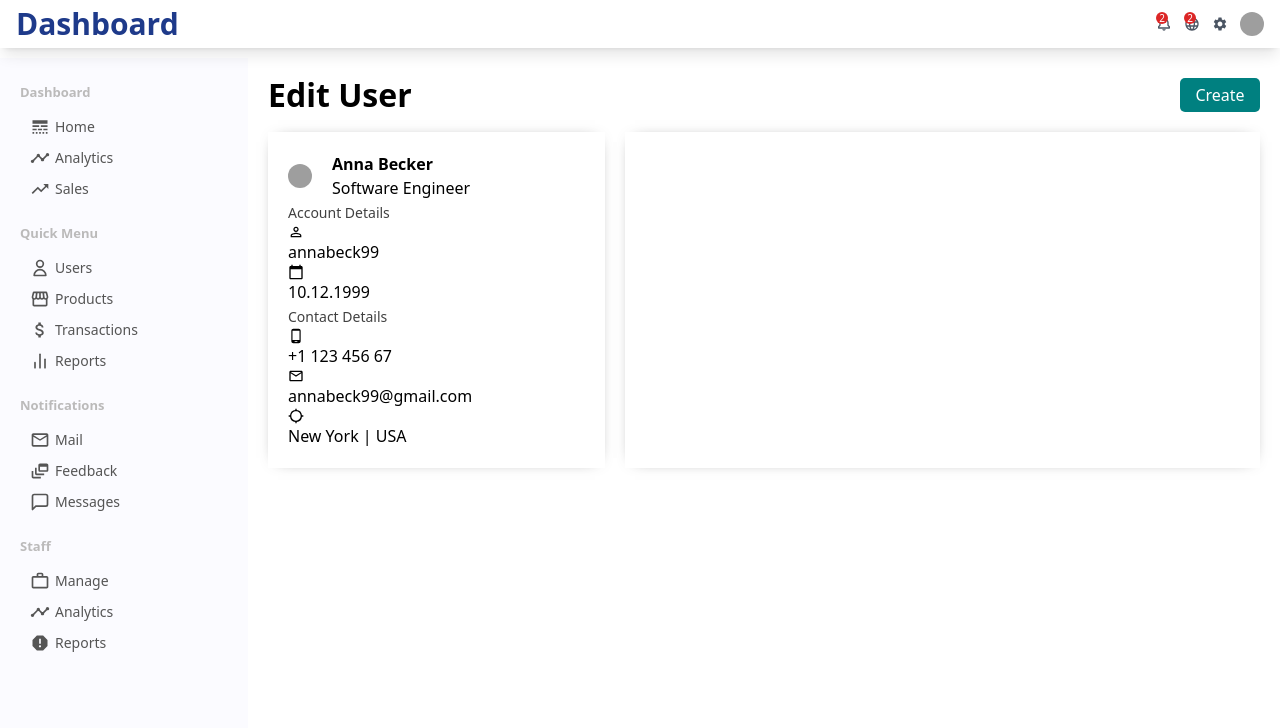
Repository: nation430/React-AdminDashboard
Page: /user/1
These files come from the project's save history. The page is drawn as it stood at one moment and after the next save; the edit follows.
The browser window is 1280 px wide. The pictures show the whole page.
Pictures or frames that could not be fetched are drawn as grey boxes. The project was rebuilt for these pictures with package versions that can differ from the ones it lists, and the page was loaded fresh each time. Also part of the build but not shown: src/pages/home/home.css, src/components/featuredInfo/featuredInfo.css, src/components/featuredInfo/FeaturedInfo.jsx, src/components/chart/chart.css, src/components/chart/Chart.jsx, src/dummyData.js, src/components/widgetSm/widgetSm.css, src/components/widgetSm/WidgetSm.jsx and 5 more.

Above is the page before, as saved 2022-08-31 11:14:24.

### public/index.html
<!DOCTYPE html>
<html lang="en">
  <head>
    <meta charset="utf-8" />
    <meta name="viewport" content="width=device-width, initial-scale=1" />
    <meta name="theme-color" content="#000000" />
    <meta
      name="description"
      content="Web site created using create-react-app"
    />
    <link rel="preconnect" href="https://fonts.googleapis.com" />
    <link rel="preconnect" href="https://fonts.gstatic.com" crossorigin />
    <link
      href="https://fonts.googleapis.com/css2?family=Source+Sans+Pro:wght@200;300;400;600;700&display=swap"
      rel="stylesheet"
    />

    <title>React Admin Dashboard</title>
  </head>
  <body>
    <noscript>You need to enable JavaScript to run this app.</noscript>
    <div id="root"></div>
  </body>
</html>

### src/index.css
@tailwind base;
h1 {
  @apply text-2xl;
}
h2 {
  @apply text-xl;
}
h3 {
  @apply text-lg;
}
@tailwind components;
@tailwind utilities;

* {
  margin: 0;
  padding:0;
  box-sizing: border-box;

}

### src/App.js
import Topbar from "./components/topbar/Topbar";
import Sidebar from "./components/sidebar/Sidebar";
import Home from "./pages/home/Home";
import "./app.css";
import { BrowserRouter as Router, Routes, Route } from "react-router-dom";
import UserList from "./pages/home/userList/UserList";
import User from "./pages/home/user/User";

function App() {
  return (
    <Router>
      <Topbar />
      <div className="wrapper flex h-full">
        <Sidebar />
        <Routes>
          <Route exact path="/">
            <Route path="/" element={<Home />} />
            <Route path="users" element={<UserList />} />
            <Route path="/user/:userId" element={<User />} />
          </Route>
        </Routes>
      </div>
    </Router>
  );
}

export default App;

### src/components/topbar/Topbar.jsx
import React from "react";
import  "./topbar.css";
import { BiBell } from 'react-icons/bi';
import { MdLanguage, MdSettings  } from "react-icons/md";


export default function Topbar () {
    return(
        <div className="topbar w-full h-12 bg-white sticky top-0 z-50 shadow-lg ">
            <div className="topbarWeapper flex items-center justify-between h-full px-4 py-0">
            <div className="topLeft">
                <span className="logo font-bold text-3xl text-blue-900 cursor-pointer ...">Dashboard</span>
            </div>
            <div className="topRight flex items-center">

                {/* First icon  */}
                <div className="topbarIconsContainer relative cursor-pointer ... ml-3 text-gray-600">
                <BiBell />
                <span className="topIconBadge absolute text-white bg-red-600 right-1 -top-1 flex items-center justify-center rounded-full text-xs h-3 w-3">2</span>
                </div>

                   {/*second icon  */}
                <div className="topbarIconsContainer relative cursor-pointer ... ml-3 text-gray-600">
                <MdLanguage />
                <span className="topIconBadge absolute text-white bg-red-600 right-1 -top-1 flex items-center justify-center rounded-full text-xs h-3 w-3">2</span>
                </div>


                    {/*third icon  */}
                <div className="topbarIconsContainer relative cursor-pointer ... mx-3 text-gray-600">
                < MdSettings  />
                </div>

                <img src="images/img.png" alt="BigCo Inc. logo"  className="topAvater w-6 h-6 rounded-full cursor-pointer ..."/>

            </div>
            </div>
        </div>
    )

}

### src/components/sidebar/Sidebar.jsx
import "./sidebar.css";
import { MdLineStyle, MdOutlineTimeline, MdTrendingUp, MdStorefront, MdAttachMoney, MdOutlineMail, MdDynamicFeed, MdWorkOutline, MdReport} from "react-icons/md";
import { HiOutlineUser} from "react-icons/hi";
import { FiBarChart2, FiMessageSquare} from "react-icons/fi";

export default function sidebar(){
    return(
        <div className="sidebar sticky">
        <div className="sidebarWrapper p-5">
            {/* first sidenavbar */}
            <div className="sidebarMenu mb-2.5">
                <h3 className="sidebarTitle">Dashboard</h3>
                <ul className="sidebarList px-4 py-0">
                    <li className="sidebarListItems flex items-center">
                    <MdLineStyle className="sidebarIcon"/>
                    Home
                    </li>

                    <li className="sidebarListItems flex items-center">
                    <MdOutlineTimeline className="sidebarIcon" />
                    Analytics
                    </li>


                    <li className="sidebarListItems flex items-center">
                    <MdTrendingUp className="sidebarIcon" />
                   Sales
                    </li>
                </ul>
            </div>

            {/* second sidenavbar */}
            <div className="sidebarMenu mb-2.5">
                <h3 className="sidebarTitle">Quick Menu</h3>
                <ul className="sidebarList px-4 py-1">
                    <li className="sidebarListItems flex items-center">
                    <HiOutlineUser className="sidebarIcon" />
                    Users
                    </li>

                    <li className="sidebarListItems flex  items-center" >
                    <MdStorefront className="sidebarIcon" />
                    Products
                    </li>

                    <li className="sidebarListItems flex items-center">
                    <MdAttachMoney className="sidebarIcon" />
                   Transactions
                    </li>


                    <li className="sidebarListItems flex items-center">
                    <FiBarChart2 className="sidebarIcon" />
                   Reports
                    </li>
                </ul>
            </div>

                {/* third sidenavbar */}
                <div className="sidebarMenu mb-2.5">
                <h3 className="sidebarTitle">Notifications</h3>
                <ul className="sidebarList px-4 py-1">
                    <li className="sidebarListItems flex items-center">
                    <MdOutlineMail className="sidebarIcon" />
                    Mail
                    </li>

                    <li className="sidebarListItems flex  items-center" >
                    <MdDynamicFeed className="sidebarIcon" />
                    Feedback
                    </li>

                    <li className="sidebarListItems flex items-center">
                    <FiMessageSquare className="sidebarIcon" />
                   Messages
                    </li>
                </ul>
            </div>

                {/* fourth sidenavbar */}
                <div className="sidebarMenu mb-2.5">
                <h3 className="sidebarTitle">Staff</h3>
                <ul className="sidebarList px-4 py-1">
                    <li className="sidebarListItems flex items-center">
                    <MdWorkOutline className="sidebarIcon" />
                    Manage
                    </li>

                    <li className="sidebarListItems flex  items-center" >
                    <MdOutlineTimeline className="sidebarIcon" />
                    Analytics
                    </li>

                    <li className="sidebarListItems flex items-center">
                    <MdReport className="sidebarIcon" />
                   Reports
                    </li>
                </ul>
            </div>
        </div>
        </div>
    )
}

### src/app.css

* {
    margin: 0;
    padding:0;
    box-sizing: border-box;

}


h1{
    font-size: 2em ;
    font-weight: bolder;
}

h2{
    font-size: 1.5em ;
    font-weight: bolder;
}

h3{
    font-size: 1.17em ;
    font-weight: bolder;
}

.wrapper{
    margin-top:10px;
}

### src/pages/home/user/User.jsx
import "./user.css";
import {MdPermIdentity,  MdCalendarToday, MdPhoneAndroid, MdMailOutline, MdLocationSearching } from "react-icons/md";

export default function User(){
    return(

        <div className="user">
            <div className="userTitleContainer flex items-center justify-between">
                <h1 className="userTitle">Edit User</h1>
                <button className="userAddButton border-none cursor-pointer---">Create</button>
            </div>
            <div className="userContainer flex">
            <div className="userShow">
          <div className="userShowTop flex items-center">
            <img
              src="https://images.pexels.com/photos/1152994/pexels-photo-1152994.jpeg?auto=compress&cs=tinysrgb&dpr=2&w=500"
              alt=""
              className="userShowImg mg w-6 h-6 rounded-full object-cover "
            />
            <div className="userShowTopTitle flex">
              <span className="userShowUsername font-semibold">Anna Becker</span>
              <span className="userShowUserTitle font-light">Software Engineer</span>
            </div>
          </div>
          <div className="userShowBottom">
            <span className="userShowTitle">Account Details</span>
            <div className="userShowInfo">
              <MdPermIdentity className="userShowIcon" />
              <span className="userShowInfoTitle">annabeck99</span>
            </div>
            <div className="userShowInfo">
              <MdCalendarToday className="userShowIcon" />
              <span className="userShowInfoTitle">10.12.1999</span>
            </div>
            <span className="userShowTitle">Contact Details</span>
            <div className="userShowInfo">
              <MdPhoneAndroid className="userShowIcon" />
              <span className="userShowInfoTitle">+1 123 456 67</span>
            </div>
            <div className="userShowInfo">
              <MdMailOutline className="userShowIcon" />
              <span className="userShowInfoTitle">annabeck99@gmail.com</span>
            </div>
            <div className="userShowInfo">
              <MdLocationSearching className="userShowIcon" />
              <span className="userShowInfoTitle">New York | USA</span>
            </div>
          </div>
        </div>
              <div className="userUpdate"></div>
              </div>
            </div>

    )
}

### src/components/topbar/topbar.css
.text-xs{
    font-size: 10px;
  }

### src/components/sidebar/sidebar.css
.sidebar{
    flex: 1;
    height: calc(100vh - 50px);
    top:50px;
    background:rgb(251, 251, 255);
}

.sidebarWrapper{
    color: #555;
}

.sidebarTitle{
    font-size: 13px;
    color:rgb(187, 186, 186);
}

.sidebarList{
    padding:5px;
    font-size: 14px;;
}


.sidebarListItems {
    padding:5px;
    cursor: pointer;
    border-radius: 10px;
}

.sidebarListItems.active,
.sidebarListItems:hover{
    background:rgb(228, 228, 250);
}

.sidebarIcon{
    margin-right:5px;
    font-size:20px;
}

### src/pages/home/user/user.css
.user{
    flex: 4;
    padding: 20px;
  }

  .userAddButton{
      width:80px;
      padding:5px;
      background: teal;
      border-radius: 5px;
      color:white;
      font-size: 16px;

  }
  .userContainer{
      margin-top:20px;
  }


  .userShow {
    flex: 1;
    padding: 20px;
    -webkit-box-shadow: 0px 0px 15px -10px rgba(0, 0, 0, 0.75);
    box-shadow: 0px 0px 15px -10px rgba(0, 0, 0, 0.75);
  }



  .userShowTopTitle{
    flex-direction: column;
    margin-left: 20px;
  }

  .userShowTitle{
    font-size: 14px;
    color: rgba(0,0,0,0.75)
  }

  .userUpdate {
    flex: 2;
    padding: 20px;
    -webkit-box-shadow: 0px 0px 15px -10px rgba(0, 0, 0, 0.75);
    box-shadow: 0px 0px 15px -10px rgba(0, 0, 0, 0.75);
    margin-left: 20px;
  }

Loaded but not shown: src/index.js (common file); tailwind.config.js (common file)

After the next save:
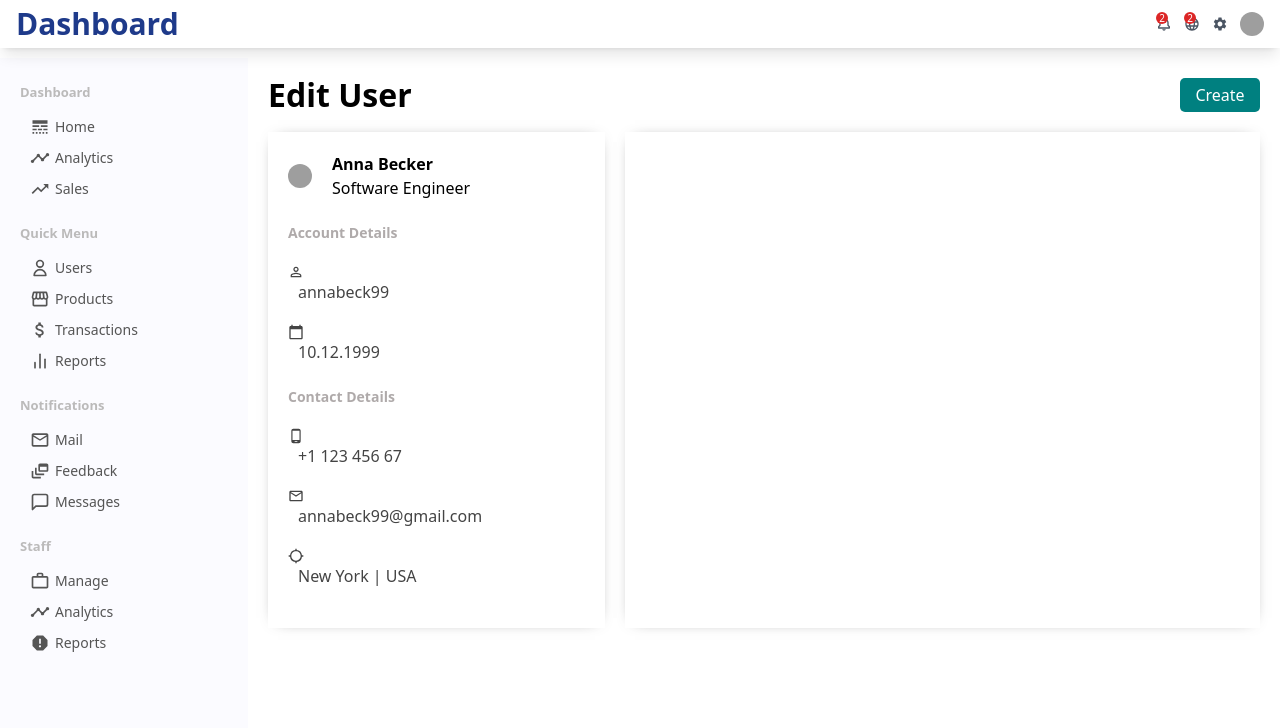
Saved 2 min 55 s later.
--- a/src/pages/home/user/user.css
+++ b/src/pages/home/user/user.css
@@ -33,8 +33,26 @@
 
   .userShowTitle{
     font-size: 14px;
-    color: rgba(0,0,0,0.75)
+  font-weight: 600;
+  color: rgb(175, 170, 170);
   }
+
+  .userShowBottom{
+    margin-top: 20px;;
+  }
+
+  .userShowInfo{
+    margin: 20px 0px;
+    color: #444;
+}
+
+.userShowIcon{
+  font-size: 16px !important;
+}
+
+.userShowInfoTitle{
+  margin-left: 10px;
+}
 
   .userUpdate {
     flex: 2;
